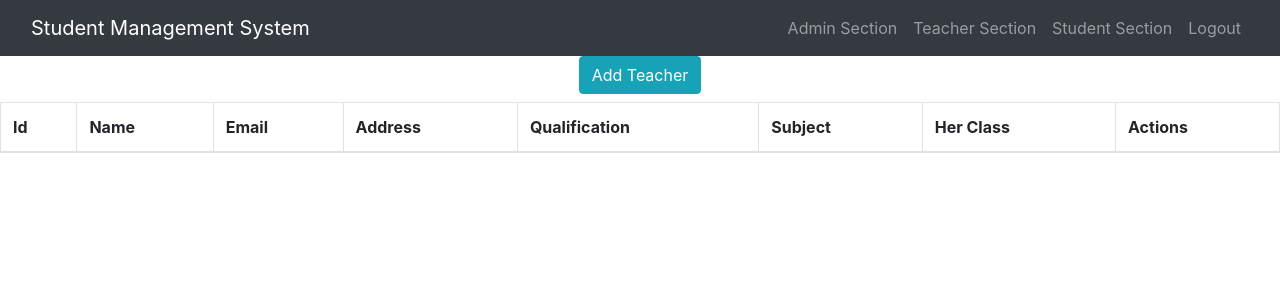
Repository: arupmaji404/StudentManagementSystem
Page: http://localhost/admin/teachercontrol
The author's editor kept a copy of each file at every save. The page is drawn from the files as they stood at one save, then again after the next save.
The browser window is 1280 px wide. The pictures show the whole page.
The page is this project's Thymeleaf template; nobody is signed in. The template is opened directly, without the code that normally fills it, so the values that code supplies are empty.

Above is the page before, as saved 2022-09-20 15:49:17.

### StudentManagementSystem/src/main/resources/templates/admin/teachercontrol.html

<!DOCTYPE html>
<html lang="en" xmlns:th="http://www.thymeleaf.org">
<head>
<meta charset="ISO-8859-1">
<title>All Teachers</title>
<link rel="stylesheet"
	href="https://stackpath.bootstrapcdn.com/bootstrap/4.1.3/css/bootstrap.min.css"
	integrity="sha384-MCw98/SFnGE8fJT3GXwEOngsV7Zt27NXFoaoApmYm81iuXoPkFOJwJ8ERdknLPMO"
	crossorigin="anonymous">
</head>
<body>
	<div th:insert="navbar :: navbar"></div>
	<div class="text-center mb-2">

		<a th:href="@{/admin/addTeacherForm}" class="btn btn-info">Add Teacher</a>
	</div>


	<table class="table table-bordered table-striped">
		<thead>
			<tr>
				<th>Id</th>
				<th>Name</th>
				<th>Email</th>
				<th>Address</th>
				<th>Qualification</th>
				<th>Subject</th>
				<th>Her Class</th>
				<th>Actions</th>
			</tr>
		</thead>
		<tbody>
			<tr th:if="${teachers.empty}">
				<td colspan="8">No Teachers Available</td>
			</tr>
			<tr th:each="teacher : ${teachers}">
				<td><span th:text="${teacher.id}"> Id </span></td>
				<td><span th:text="${teacher.name}"> Name </span></td>
				<td><span th:text="${teacher.email}"> Email </span></td>
				<td><span th:text="${teacher.address}"> Address </span></td>
				<td><span th:text="${teacher.qualification}"> Qualification </span></td>
				<td><span th:text="${teacher.subject}"> Subject </span></td>
				<td><span th:text="${teacher.herClass}"> Her Class </span></td>


				<td><a th:href="@{/admin/showTeacherUpdateForm(teacherId=${teacher.id})}"
					class="btn btn-info">Update</a> <a
					th:href="@{/admin/deleteTeacher(teacherId=${teacher.id})}"
					class="btn btn-danger m1-2">Delete</a></td>
			</tr>
		</tbody>
	</table>
</body>
</html>

### StudentManagementSystem/src/main/resources/templates/navbar.html
<!DOCTYPE html>
<html xmlns:th="http://www.thymeleaf.org">
<head>
    <meta charset="UTF-8">
    <title>Admin Navigation Bar</title>

</head>
<body>

<nav th:fragment="navbar" class="navbar navbar-expand-md bg-dark navbar-dark">
    <div class="container-fluid">
        <div class="navbar-header">
            <a class="navbar-brand" th:href="@{/admin/adminIndex}">Student Management System</a>
        </div>
        <ul class="nav navbar-nav">
            <li><a class="nav-link" th:href="@{/admin/admin-control}">Admin Section</a></li>

            <li><a class="nav-link" th:href="@{/admin/teacher-control}">Teacher Section</a></li>

            <li><a class="nav-link" th:href="@{/admin/student-control}">Student Section</a></li>

        	<li><a class="nav-link" th:href="@{/logout}">Logout</a></li>
        </ul>
    </div>
</nav>

</body>
</html>

After the next save:
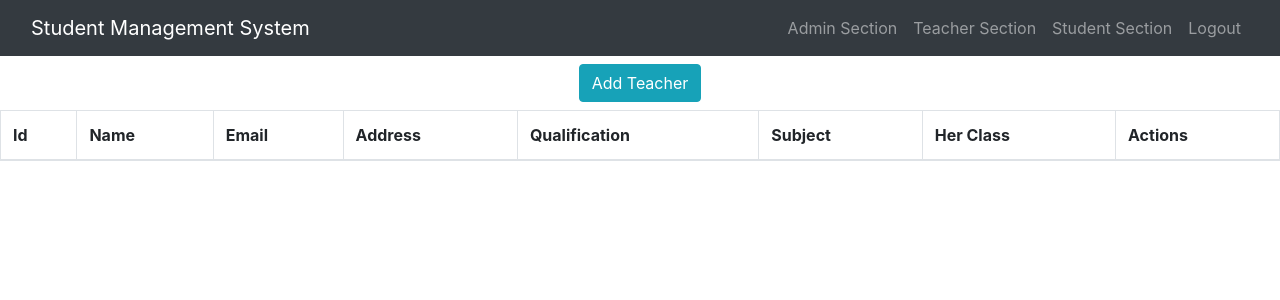
Saved 76 s later.
--- a/StudentManagementSystem/src/main/resources/templates/admin/teachercontrol.html
+++ b/StudentManagementSystem/src/main/resources/templates/admin/teachercontrol.html
@@ -11,7 +11,7 @@
 </head>
 <body>
 	<div th:insert="navbar :: navbar"></div>
-	<div class="text-center mb-2">
+	<div class="text-center m-2">
 
 		<a th:href="@{/admin/addTeacherForm}" class="btn btn-info">Add Teacher</a>
 	</div>
